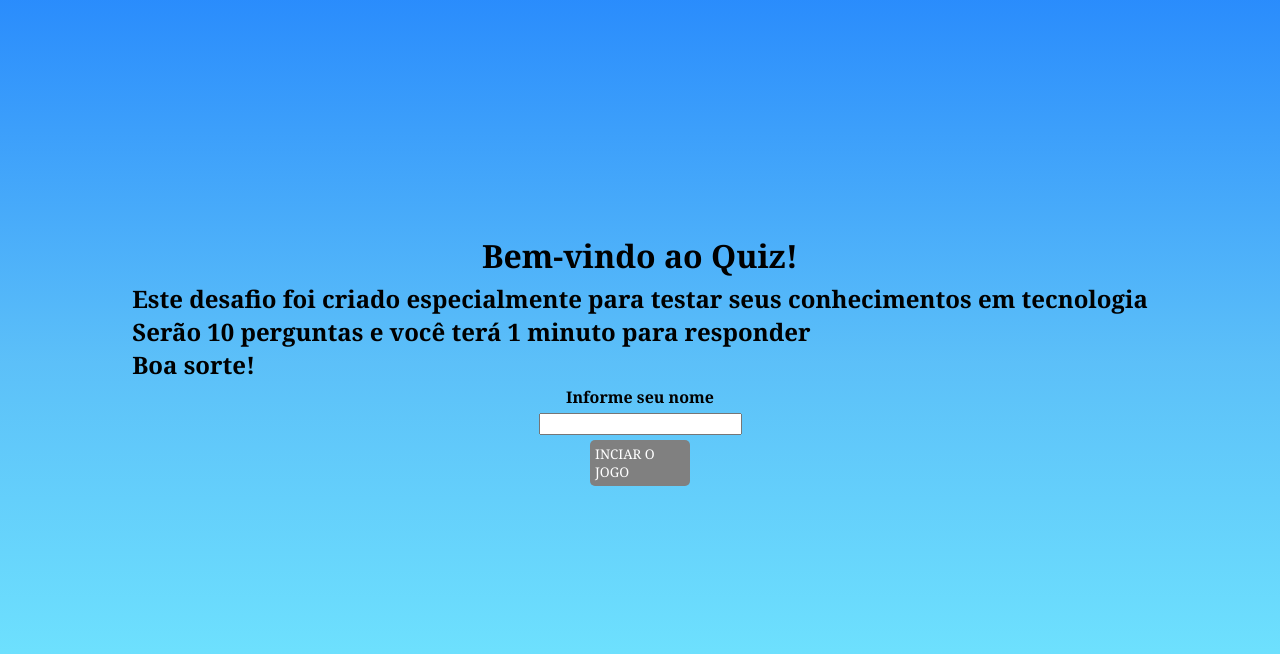
Repository: LaisSilvaO/Projeto-Quizz
Page: telas/apresentação.html
The author's editor kept a copy of each file at every save. The page is drawn from the files as they stood at one save, then again after the next save.
The browser window is 1280 px wide. The pictures show the whole page.

Above is the page before, as saved 2024-12-25 18:12:37.

### telas/apresentação.html
<!DOCTYPE html>
<html lang="pt-br">

<head>
    <meta charset="UTF-8">
    <meta name="viewport" content="width=device-width, initial-scale=1.0">
    <title>Quiz</title>
    <link rel="stylesheet" href="../img/tela.css">
</head>

<body>
    <H1> Bem-vindo ao Quiz!</H1>

    <h2>Este desafio foi criado especialmente para testar seus conhecimentos em tecnologia
        <p>Serão 10 perguntas e você terá 1 minuto para responder</p>
        <P> Boa sorte!</P>
    </h2>
    <h4>Informe seu nome </h4>
    <input type="text" id="nome">
    <A href="index.html">
        <h4><button>INCIAR O JOGO</button></h4>
    </A>


</body>

</html>

### img/tela.css
* {
  margin: 0;
  padding: 0;
  box-sizing: border-box;
  font-family: Cambria, Cochin, Georgia, Times, 'Times New Roman', serif;
}

body {
  height: 100vh;
  display: flex;
  justify-content: center;
  flex-direction: column;
  flex-wrap: wrap;
  align-items: center;
  gap: 5px;
  background: linear-gradient(180deg, rgba(19, 128, 252, 0.9) 0%, rgba(80, 187, 248, 0.932), rgba(103, 230, 255, 0.932) 100%);
}

main {
  background-color: white;
  padding: 10px;
  border-radius: 10px;
  width: 100%;
  max-width: 600px;
  min-height: 400px;
  display:flex;
  align-items: center;
  justify-content: center;
}

.content {
  display: flex;
  flex-direction: column;
  width: 100px;
  gap: 10px;
}

.qtddquestao {
  text-align: end;
}

.resposta {
  display: flex;
  flex-direction: column;
  gap: 5px;
}

button {
  width: 100px;
  text-align: start;
  padding: 5px;
  border: none;
  border-radius: 5px;
  cursor: pointer;
  background-color: grey;
  color: white;
}

.final {
  display: none;
  flex-direction: column;
  gap: 10px;
}

After the next save:
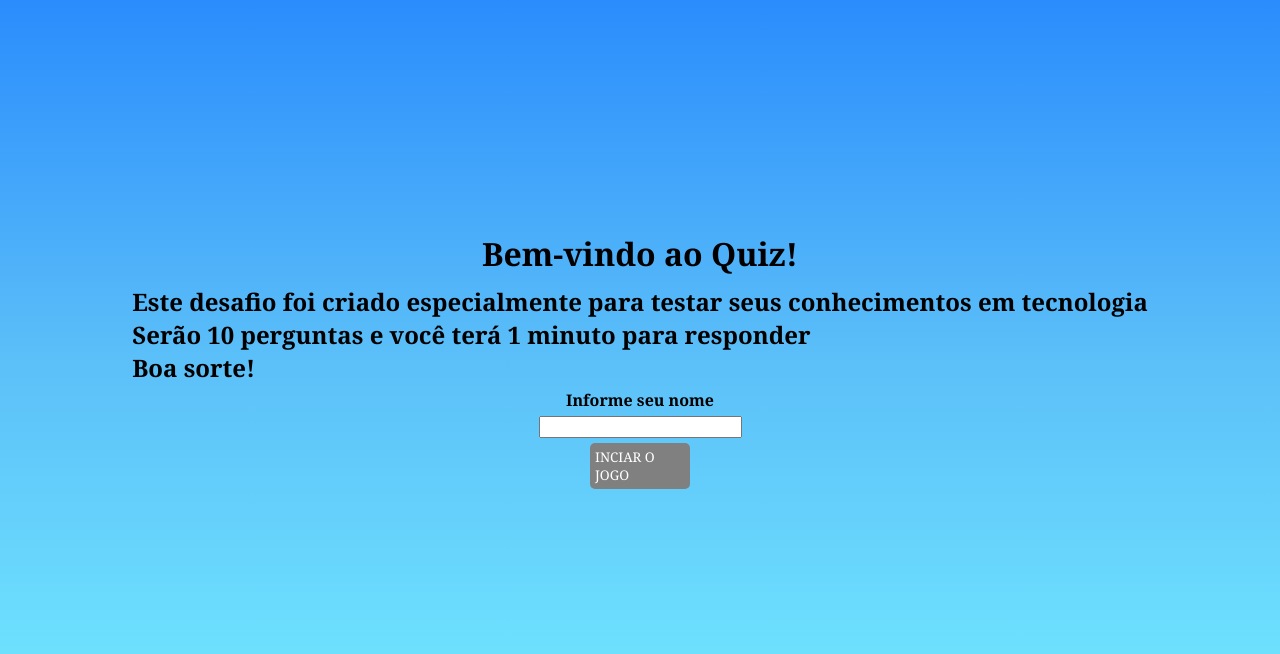
Saved 1 s later.
--- a/telas/apresentação.html
+++ b/telas/apresentação.html
@@ -9,7 +9,12 @@
 </head>
 
 <body>
-    <H1> Bem-vindo ao Quiz!</H1>
+    <div>
+        <H1> Bem-vindo ao Quiz!</H1>
+    </div>
+    <div>
+
+    </div>
 
     <h2>Este desafio foi criado especialmente para testar seus conhecimentos em tecnologia
         <p>Serão 10 perguntas e você terá 1 minuto para responder</p>
